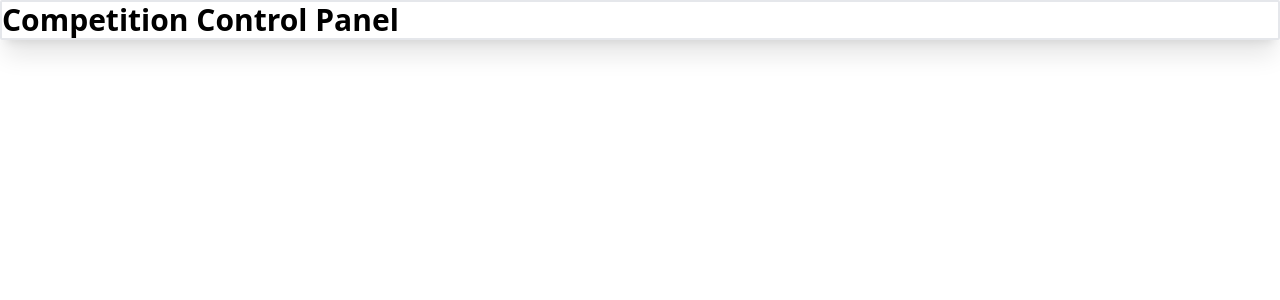
Repository: techieRahul17/blackoutscreen
Page: public/admin1.html
The author's editor kept a copy of each file at every save. The page is drawn from the files as they stood at one save, then again after a run of saves.
The browser window is 1280 px wide. The pictures show the whole page.
Some web libraries are served in a nearby version.

Above is the page before, as saved 2025-08-28 19:17:21.

### public/admin1.html
<!DOCTYPE html>
<html>
<head>
    <title>Admin Page</title>
    <script src="https://cdn.tailwindcss.com"></script>
    <div>
      <div class="w-100 h-55 rounded-sm border-2 shadow-xl">
       <h1 class="text-3xl font-bold text-black">Competition Control Panel</h1>


    </div>

    </div>
</head>
<body>

</body>





</html>

After the next 4 saves:
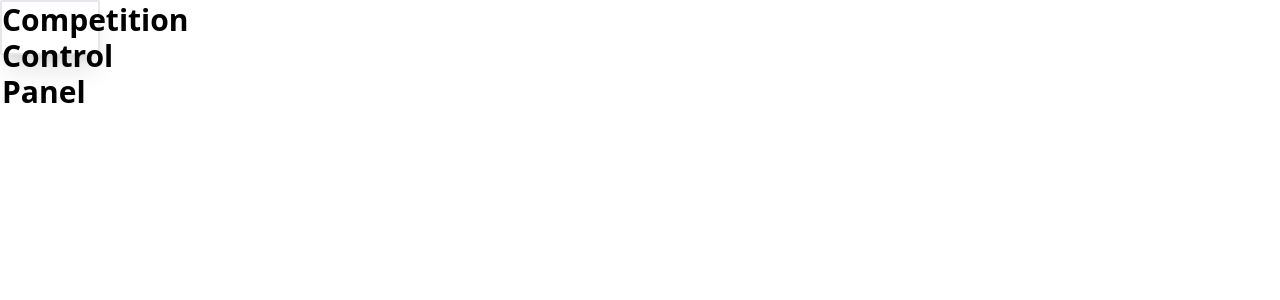
The 4 saves are shown as one change because they came seconds apart.
The last was saved 51 s later.
--- a/public/admin1.html
+++ b/public/admin1.html
@@ -4,7 +4,7 @@
     <title>Admin Page</title>
     <script src="https://cdn.tailwindcss.com"></script>
     <div>
-      <div class="w-100 h-55 rounded-sm border-2 shadow-xl">
+      <div class="w-[100px] h-[55px] rounded-sm border-2 shadow-xl">
        <h1 class="text-3xl font-bold text-black">Competition Control Panel</h1>
 
 
